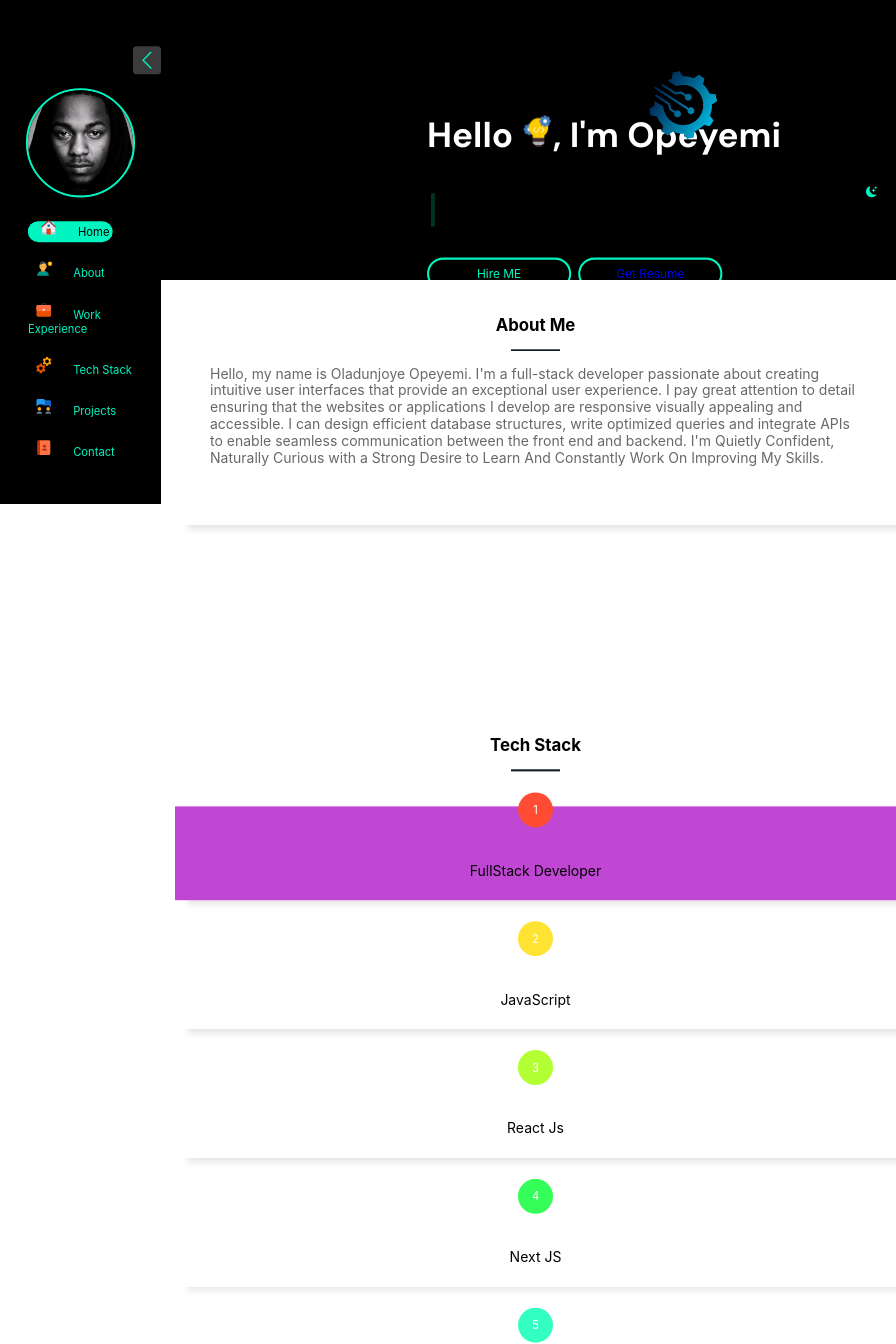
Repository: Laoye99/portfolio
Page: /
The author's editor kept a copy of each file at every save. The page is drawn from the files as they stood at one save, then again after the next save.
The browser window is 1280 px wide. The pictures show the part of the page from y = 0 to 1920 px (the page is 2877 px tall), at 70% of full size.
The project was rebuilt for these pictures with package versions that can differ from the ones it lists, and the page was loaded fresh each time. Imported but missing from the stored project, and not drawn on this page: src/components/Home/MyResume.pdf.

Above is the page before, as saved 2024-02-15 14:43:47.

After the next save:
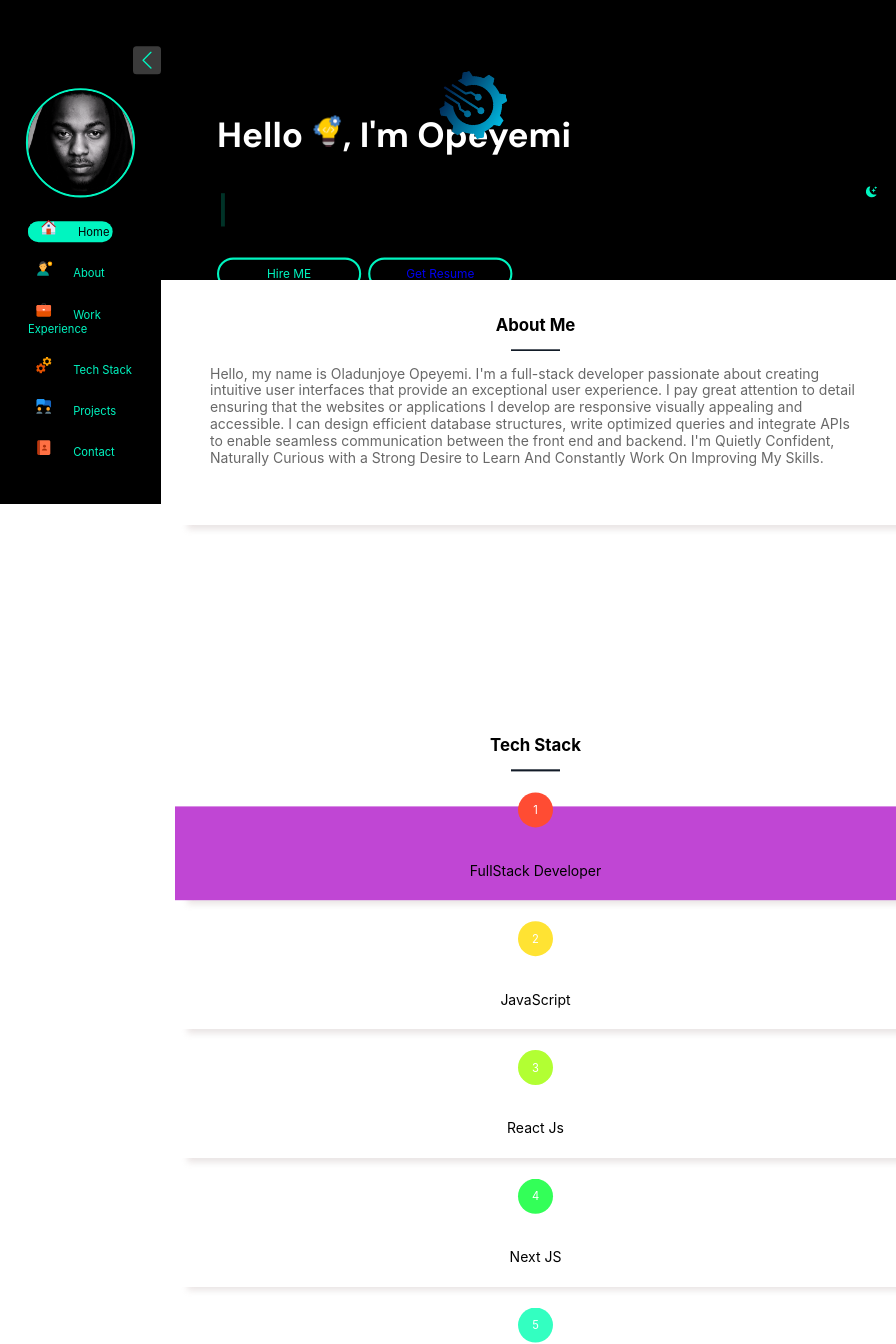
Saved 45 s later.
--- a/src/components/Home/Home.css
+++ b/src/components/Home/Home.css
@@ -10,7 +10,7 @@
 .home-content {
   padding: 10px;
   margin-top: 100px;
-  margin-left: 600px;
+  margin-left: 300px;
   position: relative;
 }
 /* rgba(189, 59, 210, 0.94) */
